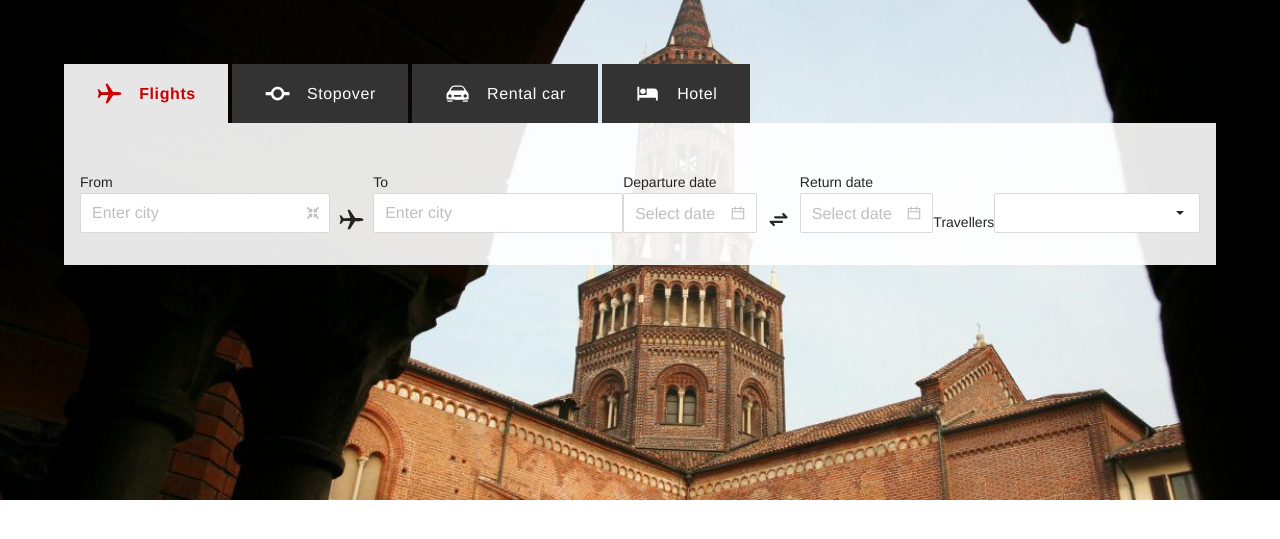
Repository: guidogr95/Everymundo-Excercise
Page: /
The author's editor kept a copy of each file at every save. The page is drawn from the files as they stood at one save, then again after the next save.
The browser window is 1280 px wide. The pictures show the whole page.
The project was rebuilt for these pictures with package versions that can differ from the ones it lists, and the page was loaded fresh each time. Also part of the build but not shown: src/components/CustomSpin/customspin.scss.

Above is the page before, as saved 2021-07-01 20:40:25.

### src/index.jsx
import React from 'react';
import ReactDOM from 'react-dom';
import App from './App';
import reportWebVitals from './reportWebVitals';
// redux
import { createStore } from 'redux'
import { Provider } from 'react-redux'
import { flightReducer } from 'src/redux/reducers/flightReducer'
const store = createStore(flightReducer)

ReactDOM.render(
  <React.StrictMode>
    <Provider store={store}>
      <App />
    </Provider>
  </React.StrictMode>,
  document.getElementById('root')
);

// If you want to start measuring performance in your app, pass a function
// to log results (for example: reportWebVitals(console.log))
// or send to an analytics endpoint. Learn more: https://bit.ly/CRA-vitals
reportWebVitals();

### src/App.jsx
// utils
import {
  QueryClient,
  QueryClientProvider,
} from 'react-query'
// styles
import 'antd/dist/antd.css';
import './app.scss';
// components
import BookingMask from 'src/components/BookingMask'

const queryClient = new QueryClient({
  defaultOptions: {
    queries: {
      refetchOnWindowFocus: false,
    },
  },
})

function App() {
  return (
    <QueryClientProvider client={queryClient}>
      <div className="App">
        <div className="flightmanager-container container" >
          <BookingMask />
        </div>
      </div>
    </QueryClientProvider>
  );
}

export default App;

### src/redux/reducers/flightReducer.js
const initialState = {
    geo: {
      origin: '',
      desination: ''
    },
    date: {
      departure: '',
      toReturn: '',
    },
    passengers: {
      adults: 1,
      children: 0,
      infants: 0
    }
}

export const flightReducer = (state = initialState, action) => {
  switch(action.type){
    case '@geo/update-origin':
      return {
          ...state,
          geo: {
          ...state.geo,
          origin: action.payload
        }
      }
    case '@geo/update-destination':
      return {
          ...state,
          geo: {
          ...state.geo,
          destination: action.payload
        }
      }
    case '@date/update-departure':
      return {
          ...state,
          date: {
          ...state.date,
          departure: action.payload
        }
      }
    case '@date/update-to-return':
      return {
          ...state,
          date: {
          ...state.date,
          toReturn: action.payload
        }
      }
    case '@passengers/update-adults--add':
      return {
          ...state,
          passengers: {
          ...state.passengers,
          adults: returnPlusOne(state.passengers.adults)
        }
      }
    case '@passengers/update-adults--subtract':
      return {
          ...state,
          passengers: {
          ...state.passengers,
          adults: state.passengers.adults > 0 ? returnMinusOne(state.passengers.adults) : 0
        }
      }
      case '@passengers/update-children--add':
        return {
          ...state,
          passengers: {
            ...state.passengers,
            children: returnPlusOne(state.passengers.children)
          }
        }
      case '@passengers/update-children--subtract':
        return {
            ...state,
            passengers: {
            ...state.passengers,
            children: state.passengers.children > 0 ? returnMinusOne(state.passengers.children) : 0
          }
        }
      case '@passengers/update-infants--add':
        return {
          ...state,
          passengers: {
            ...state.passengers,
            infants: returnPlusOne(state.passengers.infants)
          }
        }
      case '@passengers/update-infants--subtract':
        return {
            ...state,
            passengers: {
            ...state.passengers,
            infants: state.passengers.infants > 0 ? returnMinusOne(state.passengers.infants) : 0
          }
        }
    default:
      return state;
  }
}

// helpers
const returnPlusOne = (val) => val + 1
const returnMinusOne = (val) => val - 1

// action creators
// @geo
export const geoUpdateOrigin = (payload) => {
  return {
    type: '@geo/update-origin',
    payload
  }
}
export const geoUpdateDestination = (payload) => {
  return {
    type: '@geo/update-destination',
    payload
  }
}
// @date
export const dateUpdateDeparture = (payload) => {
  return {
    type: '@date/update-departure',
    payload
  }
}
export const dateUpdateToReturn = (payload) => {
  return {
    type: '@date/update-to-return',
    payload
  }
}
// @passengers
export const passUpdateAddAdults = () => {
  return {
    type: '@passengers/update-adults--add'
  }
}
export const passUpdateSubtractAdults = () => {
  return {
    type: '@passengers/update-adults--subtract'
  }
}
export const passUpdateAddChildren = () => {
  return {
    type: '@passengers/update-children--add'
  }
}
export const passUpdateSubtractChildren = () => {
  return {
    type: '@passengers/update-children--subtract'
  }
}
export const passUpdateAddInfants = () => {
  return {
    type: '@passengers/update-infants--add'
  }
}
export const passUpdateSubtractInfants = () => {
  return {
    type: '@passengers/update-infants--subtract'
  }
}

### src/app.scss
@import 'styles/global';

.App {
  .container {
    width: $desktop-maxwidth;
    max-width: 100%;
  }
  .flightmanager-container {
    background: url('./assets/images/bg.jpg');
    background-size: cover;
    background-position: center;
    min-height: 500px;
    margin: auto;
    padding: 4rem;
  }
}

### src/components/BookingMask/index.jsx
import { useState } from 'react'
// styles
import './bookingmask.scss'
// assets
import { IoIosAirplane, IoMdGitCommit, IoIosCar, IoMdBed } from 'react-icons/io'
// components
import EmptyTab from './EmptyTab'
import FlightsTab from './FlightsTab'

const BookingMask = () => {
  const tabs = [
    {
      name: 'Flights',
      icon: <IoIosAirplane />,
      component: <FlightsTab />
    },
    {
      name: 'Stopover',
      icon: <IoMdGitCommit />,
      component: <EmptyTab />
    },
    {
      name: 'Rental car',
      icon: <IoIosCar />,
      component: <EmptyTab />
    },
    {
      name: 'Hotel',
      icon: <IoMdBed />,
      component: <EmptyTab />
    }
  ]

  const [activeTab, setActiveTab] = useState(tabs[0].name)
  const handleTab = name => setActiveTab(name)

  return (
    <section className="bookingmask" >
      <ul className="bookingmask__nav" >
        {tabs.map(tab =>
          <button
            className={activeTab === tab.name ? 'active' : ''}
            onClick={() => handleTab(tab.name)}
            key={tab.name}
          >
            {tab.icon}<span>{tab.name}</span>
          </button>
        )}
      </ul>
      <div className="bookingmask__tabs-wrapper" >
          {tabs.map(tab =>
            <div
              key={tab.name}
              className={`bookingmask__tab${activeTab === tab.name ? ' active' : ''}`}
            >
              {tab.component}
            </div>
          )}
      </div>
    </section>
  )
}

export default BookingMask

### src/styles/_global.scss
@import 'variables';
@import 'mixins';

html,
body {
  position: relative;
  padding: 0;
  margin: 0;
  font-family: $font-family;
  -webkit-text-size-adjust: 100%;
  -webkit-font-smoothing: auto;
  -moz-font-smoothing: auto;
  -moz-osx-font-smoothing: auto;
  --antd-wave-shadow-color: #c00;
}
* {
  box-sizing: border-box;
}
ul {
  margin: 0;
  padding: 0;
}
button {
  border: none;
  cursor: pointer;
}
.ant-select {
  min-width: 250px;
}
.ant-select:not(.ant-select-disabled):hover .ant-select-selector,
.ant-select-focused:not(.ant-select-disabled).ant-select:not(.ant-select-customize-input) .ant-select-selector,
.ant-picker-focused,
.ant-picker-cell-in-view.ant-picker-cell-today .ant-picker-cell-inner::before,
.ant-picker:hover, .ant-picker-focused {
  border-color: $color-red !important;
}
.ant-picker-today-btn {
  color: $color-red !important;
}
body::-moz-selection,
body::selection {
  color: $color-red !important;
  background: $color-red !important;
}

### src/styles/_variables.scss
// measurements
$desktop-maxwidth: 90rem;
// colors
$color-red: #c00;
$color-gray: #333333;
$color-white: #fff;
// fonts
// font-family
$font-family: SwissText,Helvetica,Arial,sans-serif,LufthansaMamSymbolText;
// font-weight
$font-weight-medium: 700;
$font-weight-small: 300;
// font-size
$font-size-normal: 1rem;
$font-size-large: 1.7rem;
// line height
$line-height-medium: 2.2rem;
// letter spacing
$letter-spacing-small: .6px;

// tab variables
// colors
$color-active-tab-bg: hsla(0,0%,100%,.9);
// padding
$padding-tab-link: 1rem 2rem;
$padding-tab-content: 3rem 1rem 2rem 1rem;
// margin
$margin-tab-link: 0 0 0 .25rem;

### src/styles/_mixins.scss
// MIXINS
@mixin breakpoint($point) {
  @media (max-width: $point) {
    @content;
  }
}

### src/components/BookingMask/bookingmask.scss
@import '/src/styles/variables';
.bookingmask {
  &__nav {
    list-style: none;
    button {
      &:not(:first-of-type) {
        margin: $margin-tab-link;
      }
      color: $color-white;
      background: $color-gray;
      padding: $padding-tab-link;
      display: inline-flex;
      align-items: center;
      font-size: $font-size-normal;
      font-weight: $font-weight-small;
      letter-spacing: $letter-spacing-small;
      &.active {
        color: $color-red;
        font-weight: $font-weight-medium;
        background-color: $color-active-tab-bg;
      }
      svg {
        margin-right: 1rem;
        font-size: $font-size-large;
      }
    }
  }
  &__tabs-wrapper {
    position: relative;
  }
  &__tab {
    position: absolute;
    top: 0;
    left: 0;
    right: 0;
    padding: $padding-tab-content;
    background-color: $color-active-tab-bg;
    display: none;
    &.active {
      display: block;
    }
  }
}

### src/components/BookingMask/EmptyTab/index.jsx
const EmptyTab = () => {
  return (
    <div>
      some more stuff
    </div>
  )
}

export default EmptyTab

### src/components/BookingMask/FlightsTab/index.jsx

// components
import AirportInputs from './AirportInputs'
import DateInputs from './DateInputs'
import PassengersInput from './PassengersInput'

import './flightstab.scss'

export default function FlightsTab () {
  return (
    <div className="bookingmask__flight" >
      <AirportInputs/>
      <DateInputs/>
      <PassengersInput
        label="Travellers"
        id={"passInput"}
      />
    </div>
  )
}

### src/components/BookingMask/FlightsTab/AirportInputs/index.jsx
// assets
import { IoIosAirplane } from 'react-icons/io'
import { FaCompressArrowsAlt } from 'react-icons/fa'
// components
import AirportInput from './AirportInput'
// redux
import { useDispatch, useSelector } from 'react-redux'
import { geoUpdateOrigin, geoUpdateDestination } from 'src/redux/reducers/flightReducer'

export default function AirportInputs () {
  const state = useSelector(state => state.geo)
  const dispatch = useDispatch()
  const { origin, destination } = state

  return (
    <div className="bookingmask__flight--geo inputs-wrapper" >
      <AirportInput
        label="From"
        value={origin}
        setValue={(v) => dispatch(geoUpdateOrigin(v))}
        placeholder="Enter city"
        id="fromInput"
        showArrow={true}
        suffixIcon={<FaCompressArrowsAlt/>}
        />
      <span className="separator" >
        <IoIosAirplane/>
      </span>
      <AirportInput
        label="To"
        value={destination}
        setValue={(v) => dispatch(geoUpdateDestination(v))}
        placeholder="Enter city"
        id="toInput"
        showArrow={false}
      />
    </div>
  )
}

### src/components/BookingMask/FlightsTab/DateInputs/index.jsx
// assets
import { CgArrowsExchange } from 'react-icons/cg'
// components
import DateInput from './DateInput'
// redux
import { useDispatch } from 'react-redux'
import { dateUpdateDeparture, dateUpdateToReturn } from 'src/redux/reducers/flightReducer'

export default function DateInputs () {
  const dispatch = useDispatch()
  return (
    <div className="bookingmask__flight--date inputs-wrapper" >
      <DateInput
          label="Departure date"
          id="depInput"
          setValue={(v) => dispatch(dateUpdateDeparture(v))}
      />
      <span className="separator" >
        <CgArrowsExchange/>
      </span>
      <DateInput
          label="Return date"
          id="returnInput"
          setValue={(v) => dispatch(dateUpdateToReturn(v))}
      />
    </div>
  )
}

### src/components/BookingMask/FlightsTab/PassengersInput/index.jsx
// utils
import { Input } from 'antd'
// assets
import { IoMdArrowDropdown } from 'react-icons/io'

export default function PassengersInput ({ label, id }) {
  return (
    <div className="bookingmask__flight--pass inputs-wrapper" >
      { label && <label htmlFor={id} >{label}</label>}
      <Input
        suffix={<IoMdArrowDropdown/>}
        id={id}
        size="large"
      />
    </div>
  )
}

### src/components/BookingMask/FlightsTab/flightstab.scss
@import '/src/styles/variables';
.bookingmask__flight {
  display: grid;
  grid-template-columns: repeat(3, auto);
  .separator {
    display: flex;
    align-items: center;
    font-size: $font-size-large;
    padding: 0 .5rem;
  }
  .inputs-wrapper {
    display: flex;
    align-items: flex-end;
  }
}

### src/components/BookingMask/FlightsTab/AirportInputs/AirportInput/index.jsx
import { useCallback, useState, useMemo } from 'react'
// utils
import throttle from 'lodash/throttle'
import { Select } from 'antd'
// api
import { fetchAirports } from 'src/api/fetchers'
// components
import CustomSpin from 'src/components/CustomSpin'

import './airportinput.scss'

const { Option } = Select

const AirportInput = ({ placeholder, showArrow, suffixIcon, label, id , value, setValue }) => {

  const [isLoading, setIsLoading] = useState(false)
  const [data, setData] = useState([])

  const throttledFetch = useMemo(
    () =>
      throttle(val => {
        fetchAirports(val)
        .then((res) => setData(res.data || []))
        .catch(() => setData([]))
        .finally(() => {
          setIsLoading(false)
        })
      }, 2000),
    []
  )
  const handleSelect = useCallback(
    val => {
      setIsLoading(true)
      const innerVal = val || ''
      setValue(innerVal)
      // fetching api accepts a min of 3 letters for search
      if (innerVal.length <= 2) {
        setData([])
        setIsLoading(false)
      } else {
        throttledFetch(val)
      }
    },
    [throttledFetch, setValue]
  )

  return (
    <div className="airportinput__wrapper input-wrapper" >
      {label && <label htmlFor={id} >{label}</label>}
      <Select
        showSearch
        allowClear
        id={id}
        placeholder={placeholder || 'Enter city'}
        value={value || undefined}
        onSearch={handleSelect}
        onChange={(val) => setValue(val)}
        onClear={handleSelect}
        size='large'
        showArrow={showArrow}
        suffixIcon={suffixIcon}
        optionLabelProp='value'
        defaultActiveFirstOption={false}
        dropdownClassName="airportinput__dropdown"
        filterOption={false}
        notFoundContent={isLoading ? <CustomSpin size="medium"/> : null}
      >
        {data.length > 0
          ? data.map(airport =>
            <Option key={airport.iata} value={`${airport.city} - ${airport.iata}`} >
              <span>{airport.name}</span>
              <span>{airport.iata}</span>
              <span>{airport.country.name}</span>
            </Option>)
          : null
        }
      </Select>
    </div>
  )
}

export default AirportInput

### src/components/BookingMask/FlightsTab/DateInputs/DateInput/index.jsx
import { DatePicker } from 'antd'
import { useState } from 'react'

import './dateinput.scss'

const DateInput = ({ id, label, setValue }) => {
  const [dateObj, setDateObj] = useState('')
  const onChange = (date, dateString) => {
    setDateObj(date)
    setValue(dateString)
  }
  return (
    <div className="dateinput__wrapper input-wrapper" >
      {label && <label htmlFor={id} >{label}</label>}
      <DatePicker
        size="large"
        id={id}
        value={dateObj}
        onChange={onChange}
      />
    </div>
  )
}

export default DateInput

### src/api/fetchers.js
// utils
import axios from 'axios'

const apiUrl = 'https://airportnames.vercel.app/api'

const fetchAirports = (term) => axios.post(`${apiUrl}/getAirports`, { term })

export {
  fetchAirports
}

### src/components/CustomSpin/index.jsx
import { Spin } from 'antd'
import { LoadingOutlined } from '@ant-design/icons'

import './customspin.scss'

const antIcon = <LoadingOutlined className="customspin" spin />

const CustomSpin = (props) => <Spin indicator={antIcon} {...props} />

export default CustomSpin

### src/components/BookingMask/FlightsTab/AirportInputs/AirportInput/airportinput.scss
.airportinput__dropdown {
  .ant-select-item-empty {
    text-align: center;
  }
  .ant-select-item-option-content {
    display: flex;
    flex-direction: column;
    span:nth-of-type(2) {
      font-weight: bold;
    }
  }
}
.airportinput__wrapper {
  display: flex;
  flex-direction: column;
}

### src/components/BookingMask/FlightsTab/DateInputs/DateInput/dateinput.scss
.dateinput__wrapper {
  display: flex;
  flex-direction: column;
}

Loaded but not shown: public/index.html (common file); src/reportWebVitals.js (common file)

After the next save:
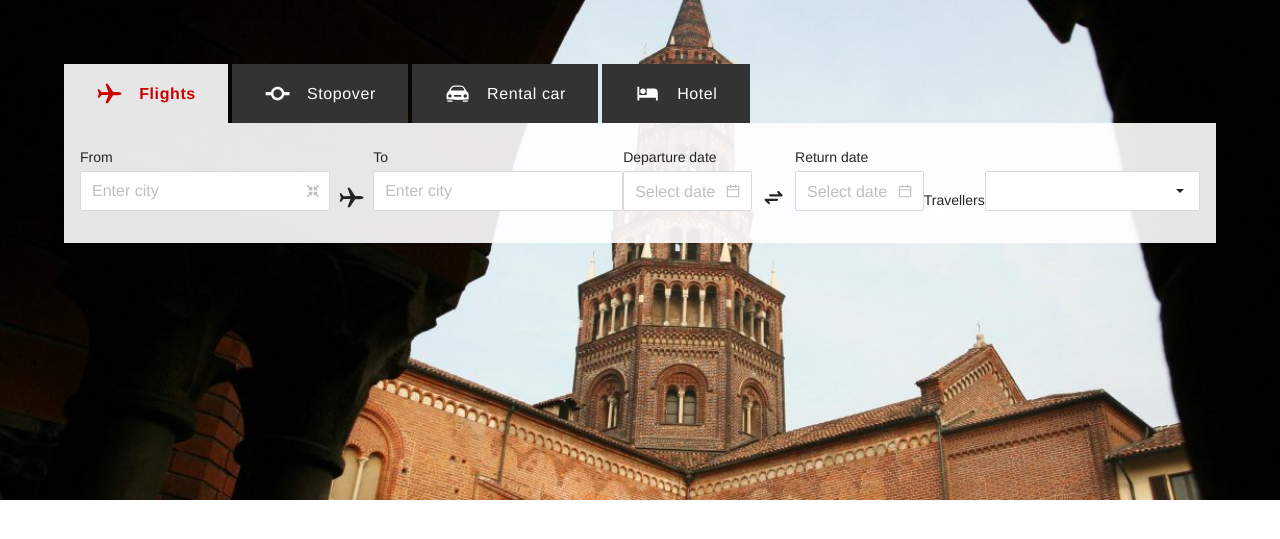
Saved 16 s later.
--- a/src/components/BookingMask/FlightsTab/flightstab.scss
+++ b/src/components/BookingMask/FlightsTab/flightstab.scss
@@ -12,4 +12,12 @@
     display: flex;
     align-items: flex-end;
   }
+  .input-wrapper {
+    position: relative;
+    label {
+      position: absolute;
+      left: 0;
+      bottom: calc(100% + .2rem);
+    }
+  }
 }
